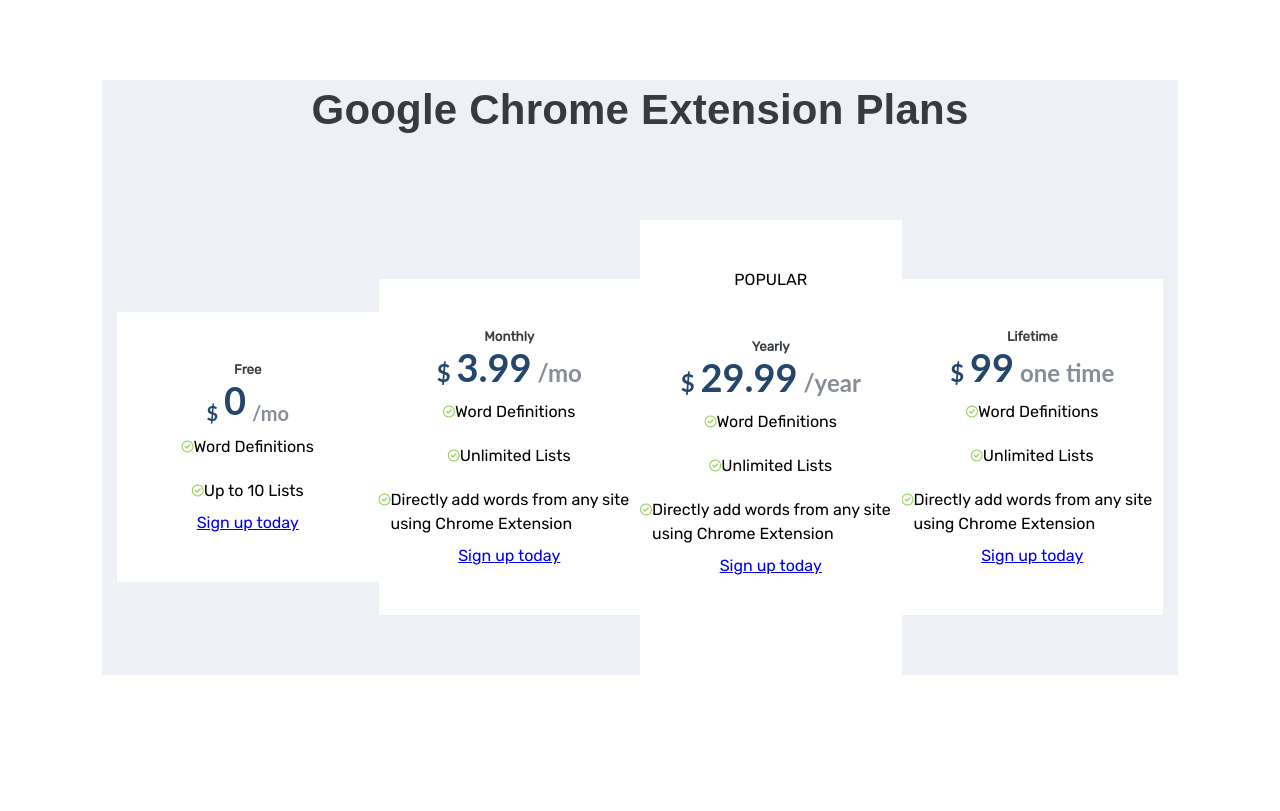
Repository: Novoselets28/chatos-test-task
Page: index.html
An editor plug-in stored every save of this project. The page is shown before and after the next save, followed by the edit.
The browser window is 1280 px wide. The pictures show the whole page.

Above is the page before, as saved 2023-04-19 19:00:22.

### index.html
<!DOCTYPE html>
<html lang="en">
<head>
    <meta charset="UTF-8">
    <meta http-equiv="X-UA-Compatible" content="IE=edge">
    <meta name="viewport" content="width=device-width, initial-scale=1.0">
    <link rel="stylesheet" type="text/css" href="index.css" />
    <link rel="stylesheet" href="https://cdnjs.cloudflare.com/ajax/libs/font-awesome/6.0.0/css/all.min.css">
    <link rel="preconnect" href="https://fonts.googleapis.com">
    <link rel="preconnect" href="https://fonts.gstatic.com" crossorigin>
    <link href="https://fonts.googleapis.com/css2?family=Arimo:wght@400;700&family=Rubik&display=swap" rel="stylesheet">
    <title>Document</title>
</head>
<body>
    <div class="page__extension extension">
        <div class="extension__container _container">
            <div class="extension__header header-block">
                <h2 class="header-block__title">Google Chrome Extension Plans</h2>
            </div>
            <div class="extension__items">
                <!-- Modern pricing table - Free -->
                <div class="extension__item item-extension">
                        <h5 class="item-extension__title">Free</h5>
                        <div class="item-extension__price price-item">
                            <sub class="price-item__dollar">$</sub>
                            <span class="price-item__number">0</span>
                            <sub class="price-item__label">/mo</sub>
                        </div>
                        <div class="item-extension__points">
                            <ul class="item-extension__point point-list">
                                <li class="point-list__item">
                                    <i class="icon fa-regular fa-circle-check" style="color: #96d35f;"></i>
                                        Word Definitions
                                </li>
                                <li class="point-list__item">
                                    <i class="icon fa-regular fa-circle-check" style="color: #96d35f;"></i>
                                        Up to 10 Lists
                                </li>
                            </ul>
                        </div>
                        <a href="https://boostvocab.com/register" class="item-extension__button">Sign up today</a>
                </div>
                <!-- END : Modern pricing table - Free -->
                <!-- Modern pricing table - MOnthly -->
                <div class="extension__item item-extension">
                        <h5 class="item-extension__title">Monthly</h5>
                        <div class="item-extension__price price-item">
                            <span class="price-item__dollar">$</span>
                            <span class="price-item__number">3.99</span>
                            <span class="price-item__label">/mo</span>
                        </div>
                        <div class="item-extension__points">
                            <ul class="item-extension__point point-list">
                                <li class="point-list__item">
                                    <i class="icon fa-regular fa-circle-check" style="color: #96d35f;"></i>
                                        Word Definitions
                                </li>
                                <li class="point-list__item">
                                    <i class="icon fa-regular fa-circle-check" style="color: #96d35f;"></i>
                                        Unlimited Lists
                                </li>
                                <li class="point-list__item">
                                    <i class="icon fa-regular fa-circle-check" style="color: #96d35f;"></i>
                                        Directly add words from any site using Chrome Extension
                                </li>
                            </ul>
                        </div>
                        <a target="new" href="https://buy.stripe.com/5kAdRpbLh3k71RS6oo" class="item-extension__button">Sign up today</a>
                </div>
                <!-- END : Modern pricing table - Monthly -->
                <!-- Modern pricing table - Yearly -->
                <div class="extension__item item-extension" style="z-index: 2;">
                        <div class="ribbon"><span>POPULAR</span></div>
                        <div class="extension__item item-extension">
                            <h5 class="item-extension__title">Yearly</h5>
                            <div class="item-extension__price price-item">
                                <span class="price-item__dollar">$</span>
                                <span class="price-item__number">29.99</span>
                                <span class="price-item__label">/year</span>
                            </div>
                            <div class="item-extension__points">
                               <ul class="item-extension__point point-list">
                                    <li class="point-list__item">
                                        <i class="icon fa-regular fa-circle-check" style="color: #96d35f;"></i>
                                            Word Definitions
                                    </li>
                                    <li class="point-list__item">
                                        <i class="icon fa-regular fa-circle-check" style="color: #96d35f;"></i>
                                            Unlimited Lists
                                    </li>
                                    <li class="point-list__item">
                                        <i class="icon fa-regular fa-circle-check" style="color: #96d35f;"></i>
                                            Directly add words from any site using Chrome Extension
                                    </li>
                                </ul>
                            </div>
                            <a target="new" href="https://buy.stripe.com/aEU6oX3eL6wjdAA7st" class="item-extension__button">Sign up today</a>
                        </div>
                </div>
                <!-- END : Modern pricing table - Yearly -->
                <!-- Modern pricing table - Lifetime -->
                <div class="extension__item item-extension">
                        <h5 class="item-extension__title">Lifetime</h5>
                        <div class="item-extension__price price-item">
                            <span class="price-item__dollar">$</span>
                            <span class="price-item__number">99</span>
                            <span class="price-item__label">one time</span>
                        </div>
                        <div class="item-extension__points">
                            <ul class="item-extension__point point-list">
                                <li class="point-list__item">
                                    <i class="icon fa-regular fa-circle-check" style="color: #96d35f;"></i>
                                        Word Definitions
                                </li>
                                <li class="point-list__item">
                                    <i class="icon fa-regular fa-circle-check" style="color: #96d35f;"></i>
                                        Unlimited Lists
                                </li>
                                <li class="point-list__item">
                                    <i class="icon fa-regular fa-circle-check" style="color: #96d35f;"></i>
                                        Directly add words from any site using Chrome Extension
                                </li>
                            </ul>
                        </div>
                        <a target="new" href="https://buy.stripe.com/4gwfZxbLh8Er54428a" class="item-extension__button">Sign up today</a>
                    <!-- END : Modern pricing table - Lifetime -->

                </div>
            </div>
        </div>
    </div>
</body>
</html>

### index.css
*{
    margin: 0;
    padding: 0;
    box-sizing: border-box;
}

.page__extension {

}

.extension{
    padding: 80px 0px 136px 0px;
}

.extension__container{
    background-color: #edf0f5;
}

._container{
    max-width: 1046px;
    padding: 0 15px;
    margin: 0 auto;
    box-sizing: content-box;
}

.extension__header{
    margin: 0 0 80px 0;
}

.header-block{
    text-align: center;
    /* letter-spacing: 0.2px; */
}

.header-block__title{
    font-family: 'Arimo', sans-serif;
    font-size: 42px;
    letter-spacing: 0.2px;
    font-weight: 700;
    line-height: 142%;
    color: #363b3f;
}

.extension__items{
    display: flex;
    align-items: center;
    font-family: 'Rubik', sans-serif;
}

.extension__item{
    flex: 0 1 33.333%;
}

.item-extension{
    display: flex;
    flex-direction: column;
    justify-content: center;
    align-items: center;
    background-color: #fff;
    padding: 50px 0;
}

.item-extension__title{
    color: #373d42;
}

.item-extension__price{
    color: #24466c;
}

.price-item{
    margin: 0;
    font-size: 24px;
    font-family: "Lato";
    font-weight: bold;
}

.price-item__dollar{

}

.price-item__number{
    text-transform: uppercase;
    font-size: 38px;
}

.price-item__label{
    color: #878d96;
}

.item-extension__points{
    display: flex;
    flex-direction: column;
    justify-content: center;
    align-items: center;
}

.item-extension__point{
    color: inherit;
    font-weight: 400;
    line-height: 150%;
    font-size: 16px;
    display: flex;
    flex-direction: column;
    justify-content: space-around;
    align-items: center;
}

.point-list{

}

.point-list__item .icon{
    content: "f058";
    font-family: "Font Awesome 6 Free";
    font-size: 12px;
    line-height: 2;
}

.point-list__item{
    list-style-type: none;
    display: flex;
    justify-content: center;
    width: 100%;
    padding: 10px 0;
}

.point-list__icon{

}

.item-extension__button{

}

After the next save:
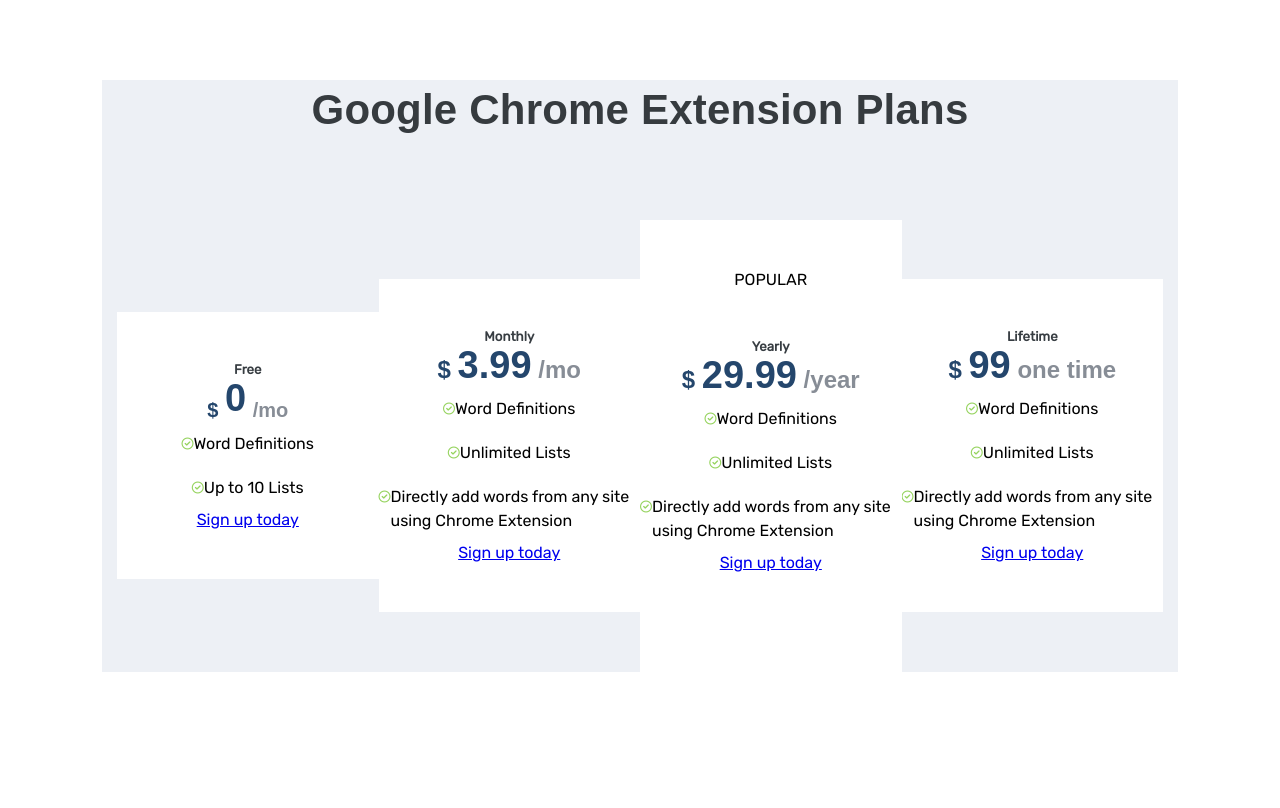
Saved 39 s later.
--- a/index.css
+++ b/index.css
@@ -71,7 +71,7 @@
 .price-item{
     margin: 0;
     font-size: 24px;
-    font-family: "Lato";
+    font-family: 'Poppins', sans-serif;
     font-weight: bold;
 }
 
